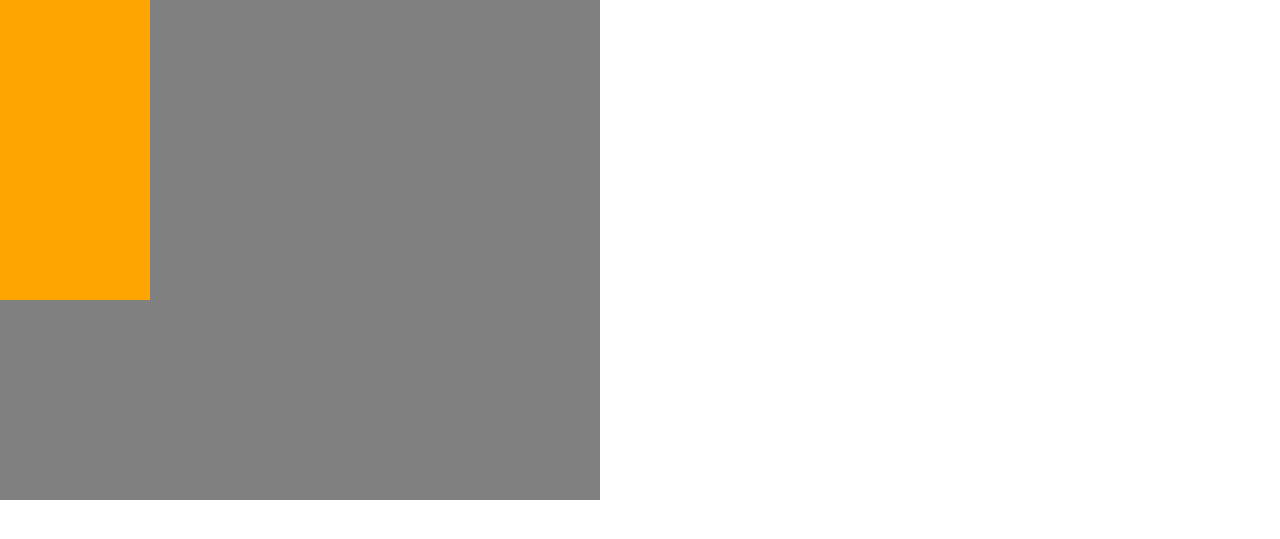
Repository: AytacSafarova/Task-12
Page: index.html
An editor plug-in stored every save of this project. The page is shown before and after a run of saves, followed by the edit.
The browser window is 1280 px wide. The pictures show the whole page.

Above is the page before, as saved 2023-07-27 13:51:17.

### index.html
<!DOCTYPE html>
<html lang="en">
<head>
  <meta charset="UTF-8">
  <meta name="viewport" content="width=device-width, initial-scale=1.0">
  <title>Document</title>
  <link rel="stylesheet" href="./index.css">
</head>
<body>
<div class="container">
  <div class="card"></div>
  <div class="card"></div>
  <div class="card"></div>
</div>
<!-- <div class="card additional"></div> -->
</body>
</html>

### index.css
*{
    margin: 0;
    padding: 0;
    box-sizing: border-box;
}

.container{
width: 600px;
height: 500px;
background-color: gray;
}
.card{
    width: 150px;
    height: 150px;
}

.card:first-child{
    background-color: orange;
}
.card:nth-child(2){
    background-color: orange;
}.card:first-child{
    background-color: orange;
}
.additional{
    position: absolute;
    top: 30px;
    background-color: green;

}
h1{
    position: sticky;
    top: 0;
    background-color: violet;
}

After the next 3 saves:
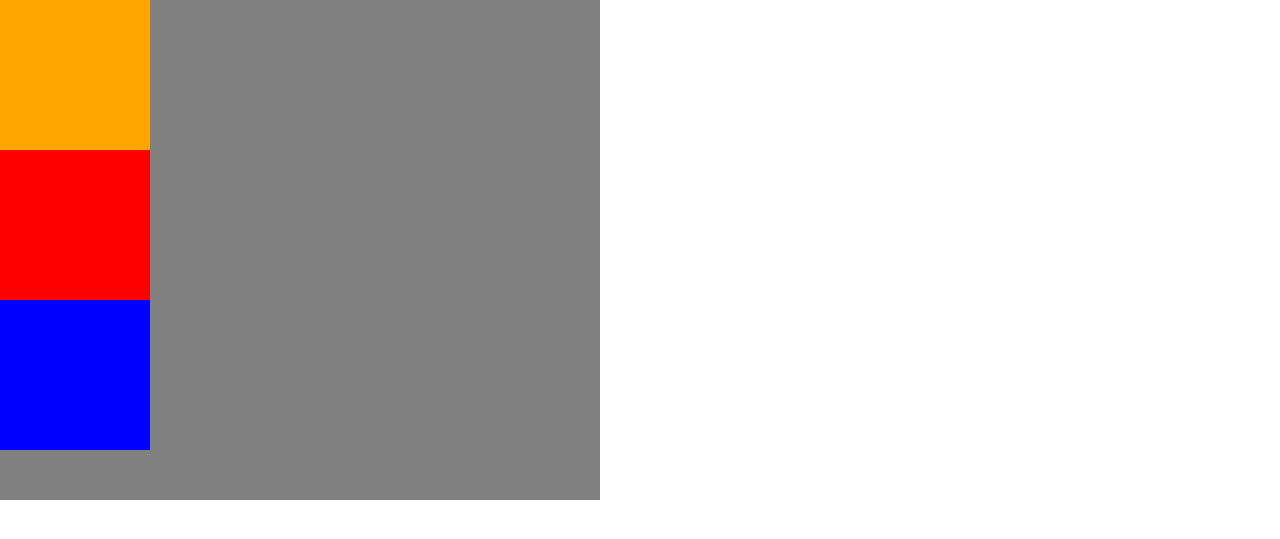
The 3 saves are shown as one change because they came seconds apart.
The last was saved 11 s later.
--- a/index.css
+++ b/index.css
@@ -18,9 +18,9 @@
     background-color: orange;
 }
 .card:nth-child(2){
-    background-color: orange;
-}.card:first-child{
-    background-color: orange;
+    background-color: red;
+}.card:nth-child(3){
+    background-color: blue;
 }
 .additional{
     position: absolute;
